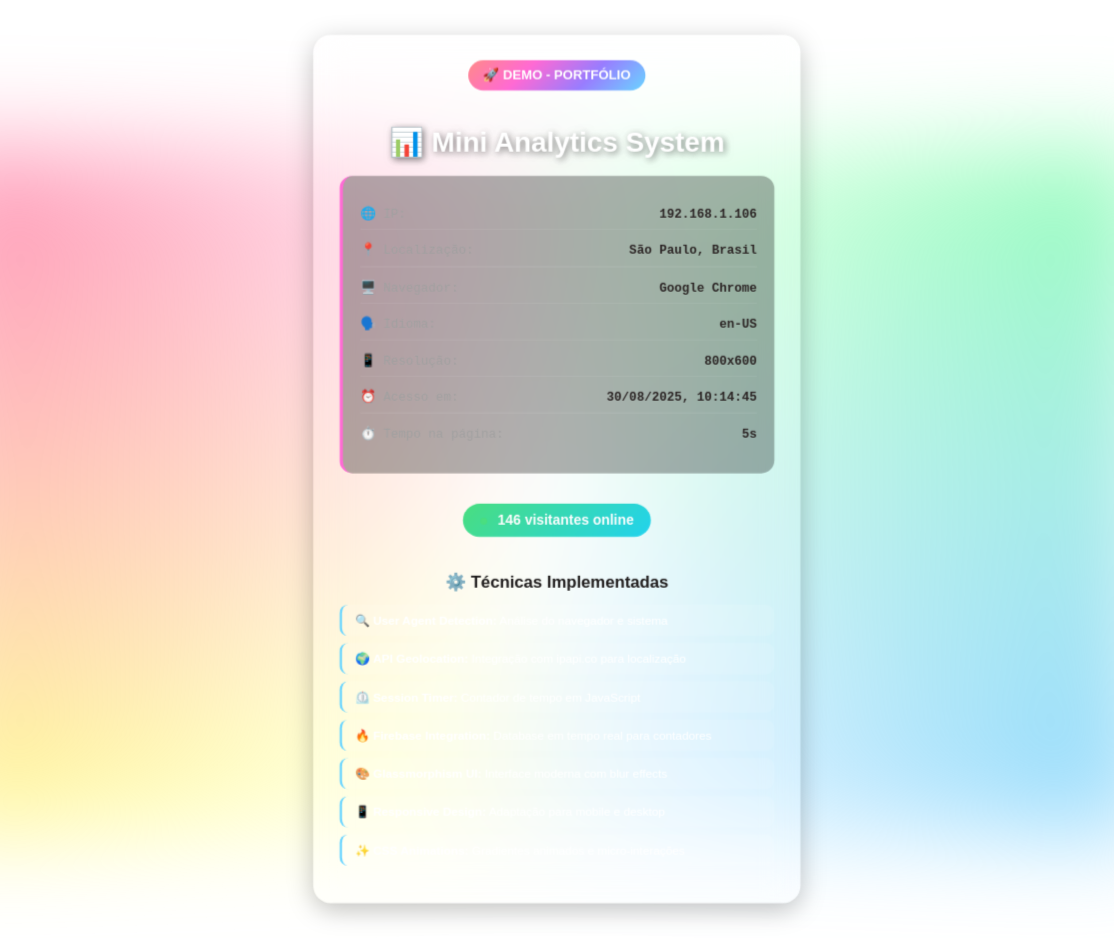
Repository: nardogod/mini-analytics
Page: mini.html
An editor plug-in stored every save of this project. The page is shown before and after the next save, followed by the edit.
The browser window is 1280 px wide. The pictures show the whole page, at 87% of full size.

Above is the page before, as saved 2025-08-30 10:34:27.

After the next save:
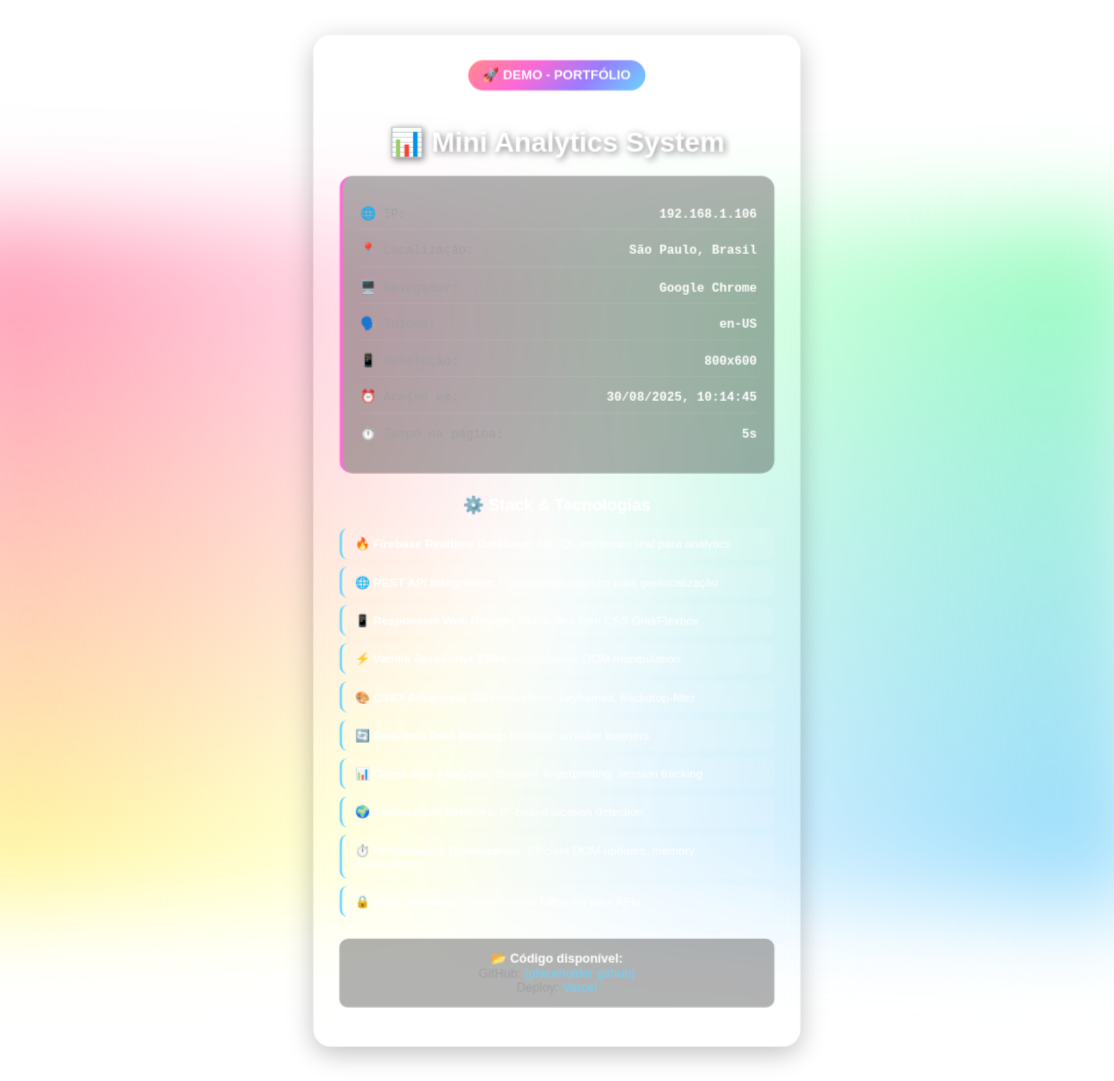
Saved 8 min 6 s later.
--- a/mini.html
+++ b/mini.html
@@ -129,7 +129,7 @@
       }
 
       .value {
-        color: #2b2424;
+        color: #fff;
         font-weight: bold;
       }
 
@@ -143,7 +143,7 @@
         font-size: 1.2rem;
         margin-bottom: 15px;
         text-align: center;
-        color: #1f1c1c;
+        color: #fff;
       }
 
       .tecnicas ul {
@@ -227,42 +227,67 @@
         </div>
       </div>
 
-      <div class="visitors-count">
-        <span class="live-indicator"></span>
-        <span id="visitorsCount">Simulando visitantes...</span>
-      </div>
-
       <div class="tecnicas">
-        <h2>⚙️ Técnicas Implementadas</h2>
+        <h2>⚙️ Stack & Tecnologias</h2>
         <ul>
           <li>
-            🔍 <strong>User Agent Detection:</strong> Análise do navegador e
-            sistema
-          </li>
-          <li>
-            🌍 <strong>API Geolocation:</strong> Integração com ipapi.co para
-            localização
-          </li>
-          <li>
-            ⏲️ <strong>Session Timer:</strong> Contador de tempo em JavaScript
-          </li>
-          <li>
-            🔥 <strong>Firebase Integration:</strong> Database em tempo real
-            para contadores
-          </li>
-          <li>
-            🎨 <strong>Glassmorphism UI:</strong> Interface moderna com blur
-            effects
-          </li>
-          <li>
-            📱 <strong>Responsive Design:</strong> Adaptação para mobile e
-            desktop
-          </li>
-          <li>
-            ✨ <strong>CSS Animations:</strong> Gradientes animados e
-            micro-interações
+            🔥 <strong>Firebase Realtime Database:</strong> NoSQL em tempo real
+            para analytics
+          </li>
+          <li>
+            🌐 <strong>REST API Integration:</strong> Consumo da ipapi.co para
+            geolocalização
+          </li>
+          <li>
+            📱 <strong>Responsive Web Design:</strong> Mobile-first com CSS
+            Grid/Flexbox
+          </li>
+          <li>
+            ⚡ <strong>Vanilla JavaScript ES6+:</strong> Async/await, DOM
+            manipulation
+          </li>
+          <li>
+            🎨 <strong>CSS3 Advanced:</strong> Glassmorphism, keyframes,
+            backdrop-filter
+          </li>
+          <li>
+            🔄 <strong>Real-time Data Binding:</strong> Firebase onValue
+            listeners
+          </li>
+          <li>
+            📊 <strong>Client-side Analytics:</strong> Browser fingerprinting,
+            session tracking
+          </li>
+          <li>
+            🌍 <strong>Geolocation Services:</strong> IP-based location
+            detection
+          </li>
+          <li>
+            ⏱️ <strong>Performance Optimization:</strong> Efficient DOM updates,
+            memory management
+          </li>
+          <li>
+            🔒 <strong>Error Handling:</strong> Try/catch com fallbacks para
+            APIs
           </li>
         </ul>
+
+        <div style="margin-top: 25px; text-align: center; font-size: 0.9rem">
+          <div
+            style="
+              background: rgba(0, 0, 0, 0.3);
+              padding: 15px;
+              border-radius: 10px;
+              margin: 15px 0;
+            "
+          >
+            <strong>📂 Código disponível:</strong><br />
+            <span style="color: #a0a0a0">GitHub: </span
+            ><span style="color: #6ad5ff">(placeholder github)</span><br />
+            <span style="color: #a0a0a0">Deploy: </span
+            ><span style="color: #6ad5ff">Vercel</span>
+          </div>
+        </div>
       </div>
     </div>
 
@@ -292,20 +317,8 @@
           document.getElementById("location").textContent = "São Paulo, Brasil";
         }, 1500);
 
-        // Simula Firebase - contador de visitantes
-        setTimeout(() => {
-          document.getElementById(
-            "visitorsCount"
-          ).textContent = `${visitorsCount} visitantes online`;
-          // Simula atualizações periódicas
-          setInterval(() => {
-            visitorsCount += Math.floor(Math.random() * 3) - 1; // +/- visitantes
-            if (visitorsCount < 50) visitorsCount = 50;
-            document.getElementById(
-              "visitorsCount"
-            ).textContent = `${visitorsCount} visitantes online`;
-          }, 5000);
-        }, 2000);
+        // Simula Firebase - contador de visitantes (removido para mostrar apenas dados reais)
+        // Em produção: Firebase Realtime Database com runTransaction para contadores globais
 
         // Timer de sessão
         setInterval(() => {
